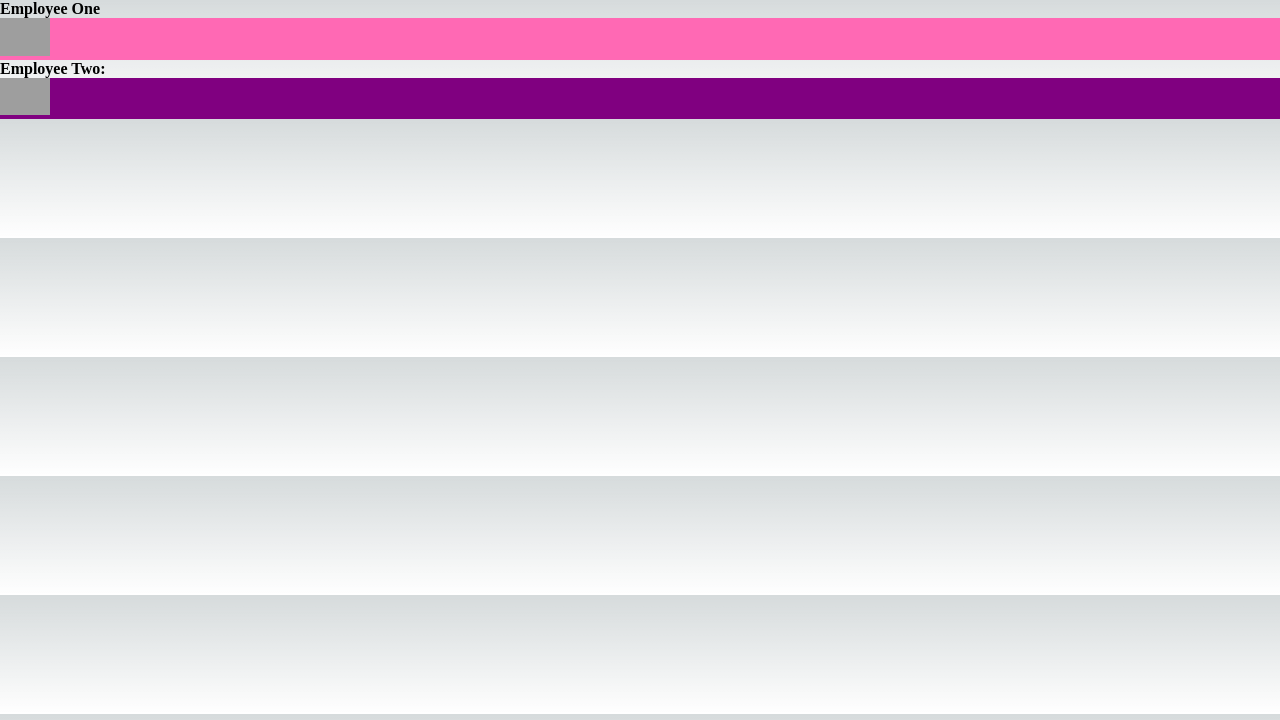
Repository: bguemos/week3example
Page: /About
An editor plug-in stored every save of this project. The page is shown before and after the next save, followed by the edit.
The browser window is 1280 px wide. The pictures show the whole page.
Pictures or frames that could not be fetched are drawn as grey boxes. The project was rebuilt for these pictures with package versions that can differ from the ones it lists, and the page was loaded fresh each time. The framework's server and built-in components were replaced by stand-ins that run in the browser. Also part of the build but not shown: next.config.js, styles/info.module.css.

Above is the page before, as saved 2023-01-18 13:26:33.

After the next save:
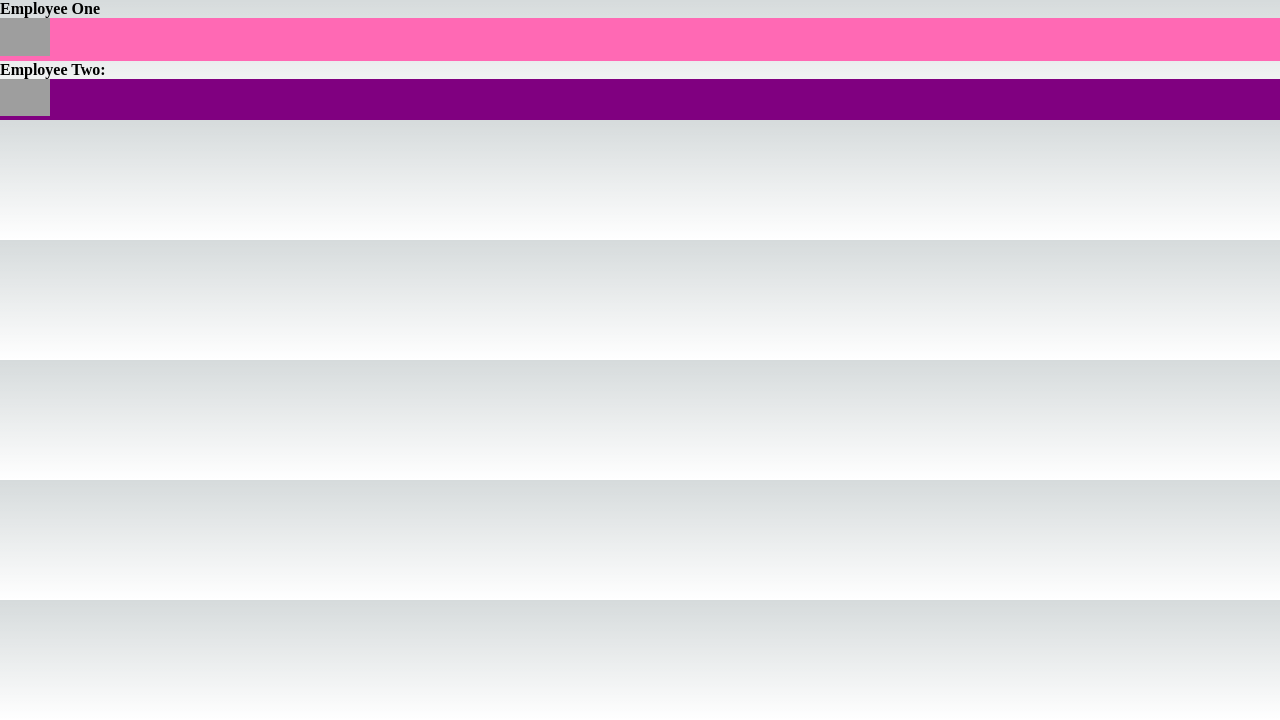
Saved 115 s later.
--- a/pages/About.js
+++ b/pages/About.js
@@ -27,7 +27,7 @@ export default function About() {
 {information && information.map((info, About) => {
 if (info.employeePosition === "manager") {
 return (
-<Card key={About} employeeName={info.employeeName} colour="hotPink" font="15px" />
+<Card key={About} employeeName={info.employeeName} colour="hotPink" font="20px" />
  )
  }
 })}
